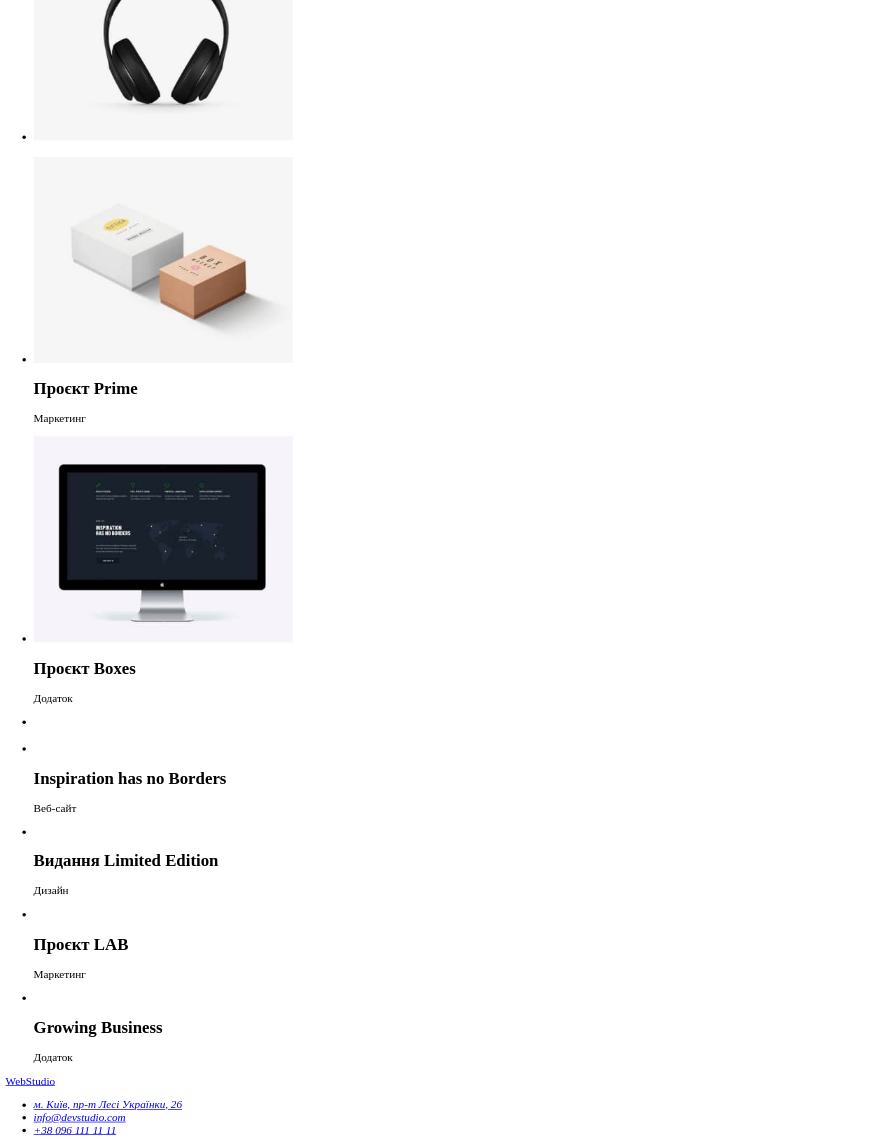
Repository: Mariia2811/goit-markup-hw-03
Page: portfolio.html
The author's editor kept a copy of each file at every save. The page is drawn from the files as they stood at one save, then again after the next save.
The browser window is 1280 px wide. The pictures show the part of the page from y = 1638 to 3558 px (the page is 3278 px tall before and 3558 px after), at 70% of full size.

Above is the page before, as saved 2022-11-25 14:30:54.

### portfolio.html
<!DOCTYPE html>
<html lang="uk">
  <head>
    <meta charset="UTF-8" />
    <meta http-equiv="X-UA-Compatible" content="IE=edge" />
    <meta name="viewport" content="width=device-width, initial-scale=1.0" />
    <title>Document</title>
  </head>
  <body>
    <header>
      <nav>
        <a href="./index.html">WebStudio</a>
        <ul>
          <li><a href="./index.html">Студія</a></li>
          <li><a href="">Портфоліо</a></li>
          <li><a href="">Контакти</a></li>
        </ul>
      </nav>
      <h1>Портфоліо</h1>
      <ul>
          <li><a href="mailto:info@devstudio.com">info@devstudio.com</a></li>
          <li><a href="tel:+380961111111">+38 096 111 11 11</a></li>
        </ul>
    </header>
    <main>
        <section>
            <ul>
                <li><button type="button">Усі</button></li>
                <li><button type="button">Веб-сайти</button></li>
                <li><button type="button">Додатки</button></li>
                <li><button type="button">Дизайн</button></li>
                <li><button type="button">Маркетинг</button></li>
            </ul>
        </section>
        <section>
            <ul>
                <li>
                    <img src="./images/laptop.jpg" alt="Головна сторінка сайту на екрані ноутбуку">
                    <h2>Технокряк</h2>
                    <p>Веб-сайт</p>
                </li>
                <li>
                    <img src="./images/poster.jpg" alt="Постер із зображенням двох баскетболістів">
                    <h2>Постер New Orlean vs Golden Star</h2>
                    <p>Дизайн</p>
                </li>
                <li>
                    <img src="./images/seafood.jpg" alt="Логотип ресторану">
                    <h2>Ресторан Seafood</h2>
                    <p>Додаток</p>
                </li>
                <li>
                    <img src="./images/headphones.jpg" alt="Навушники">
                    <h2></h2>
                    <p></p>
                </li>
                <li>
                    <img src="./images/boxees.jpg" alt="Дві картонні коробочки">
                    <h2>Проєкт Prime</h2>
                    <p>Маркетинг</p>
                </li>
                <li>
                    <img src="./images/monitor.jpg" alt="Веб-сайт зображений на моніторі">
                    <h2>Проєкт Boxes</h2>
                    <p>Додаток</p>
                </li>
                <li>
                    <img src="" alt="">
                    <h2></h2>
                    <p></p>
                </li>
                <li>
                    <img src="" alt="">
                    <h2>Inspiration has no Borders</h2>
                    <p>Веб-сайт</p>
                </li>
                <li>
                    <img src="" alt="">
                    <h2>Видання Limited Edition</h2>
                    <p>Дизайн</p>
                </li>
                <li>
                    <img src="" alt="">
                    <h2>Проєкт LAB</h2>
                    <p>Маркетинг</p>
                </li>
                <li>
                    <img src="" alt="">
                    <h2>Growing Business</h2>
                    <p>Додаток</p>
                </li>
            </ul>
        </section>
    </main>
    <footer>
        <a href="./index.html">WebStudio</a>
        <address>
          <ul>
            <li>
              <a
                href="https://www.google.com.ua/maps/place/%D0%B1%D1%83%D0%BB.+%D0%9B%D0%B5%D1%81%D0%B8+%D0%A3%D0%BA%D1%80%D0%B0%D0%B8%D0%BD%D0%BA%D0%B8,+26,+%D0%9A%D0%B8%D0%B5%D0%B2,+02000/@50.4265807,30.5361918,17z/data=!3m1!4b1!4m5!3m4!1s0x40d4cf0e033ecbe9:0x57a4dffefec77da0!8m2!3d50.4265807!4d30.5383858?hl=ru"
                target="_blank"
                rel="noopener noreferrer nofollow"
                >м. Київ, пр-т Лесі Українки, 26</a
              >
            </li>
            <li><a href="mailto:info@devstudio.com">info@devstudio.com</a></li>
            <li><a href="tel:+380961111111">+38 096 111 11 11</a></li>
          </ul>
        </address>
      </footer>
    </body>
  </html>

After the next save:
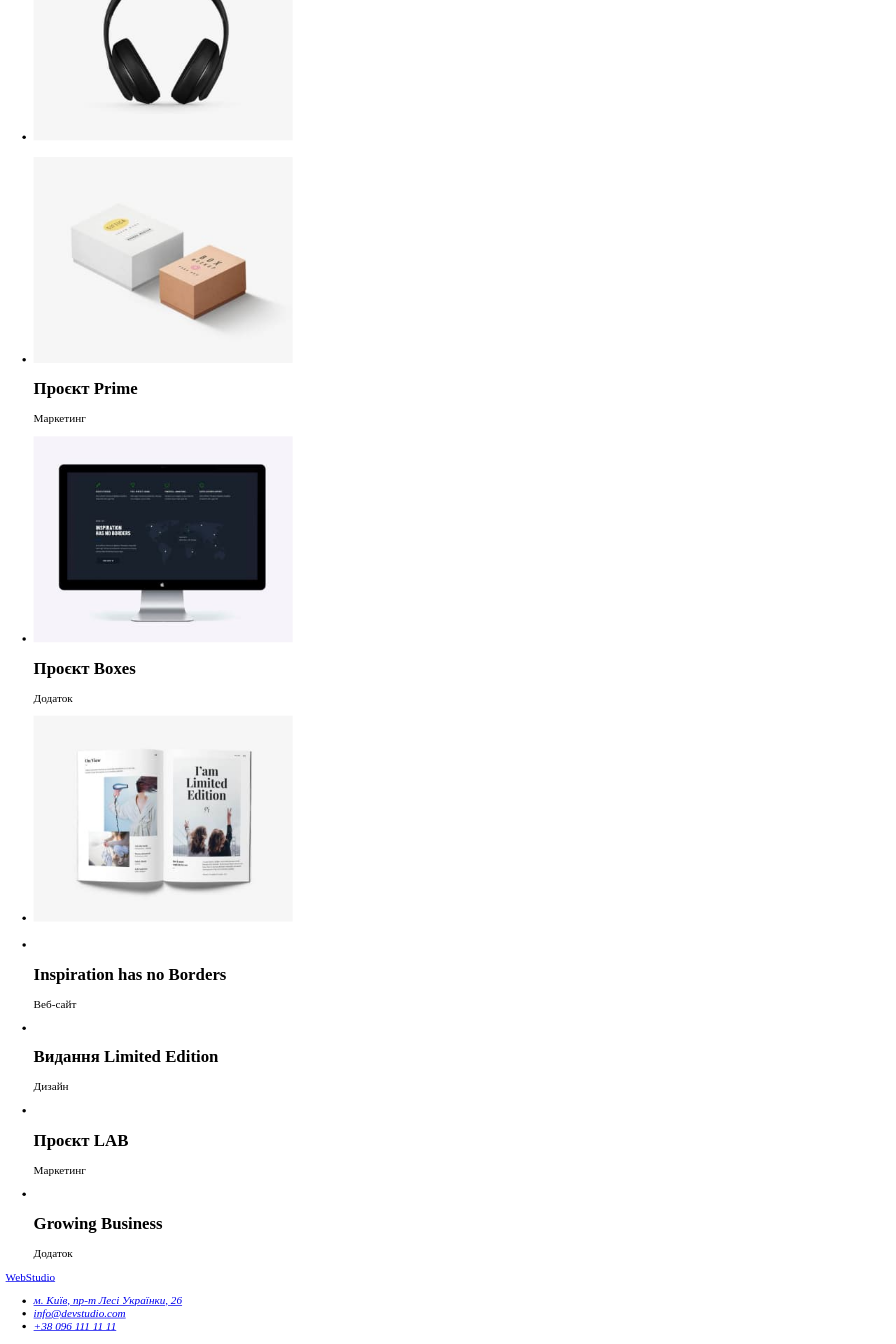
Saved 16 s later.
--- a/portfolio.html
+++ b/portfolio.html
@@ -65,7 +65,7 @@
                     <p>Додаток</p>
                 </li>
                 <li>
-                    <img src="" alt="">
+                    <img src="./images/journal.jpg" alt="">
                     <h2></h2>
                     <p></p>
                 </li>
